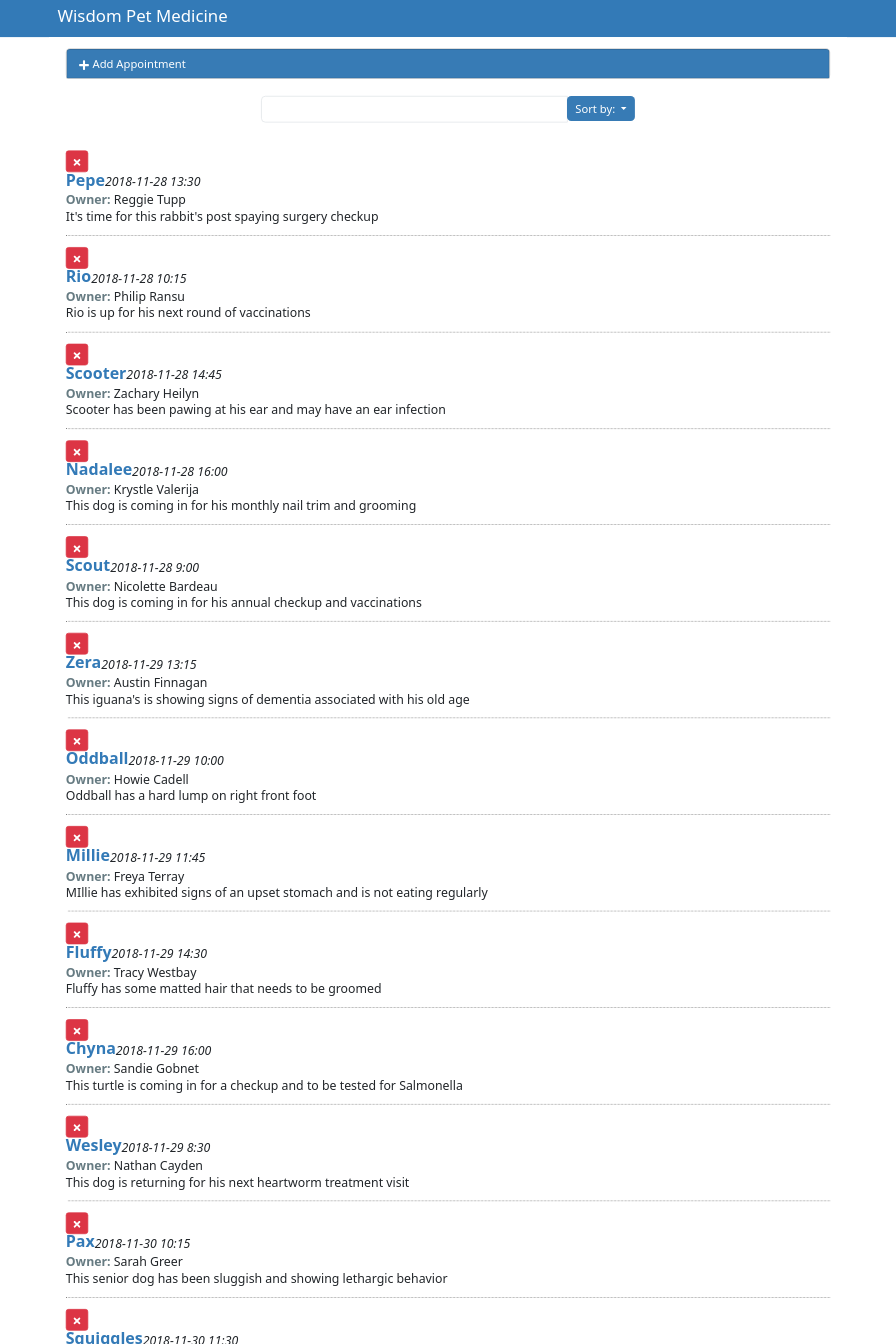
Repository: DevLuDaley/reactinterface
Page: /
The author's editor kept a copy of each file at every save. The page is drawn from the files as they stood at one save, then again after a run of saves.
The browser window is 1280 px wide. The pictures show the part of the page from y = 0 to 1920 px (the page is 3716 px tall), at 70% of full size.
The project was rebuilt for these pictures with package versions that can differ from the ones it lists, and the page was loaded fresh each time.

Above is the page before, as saved 2021-02-04 19:47:29.

After the next 2 saves:
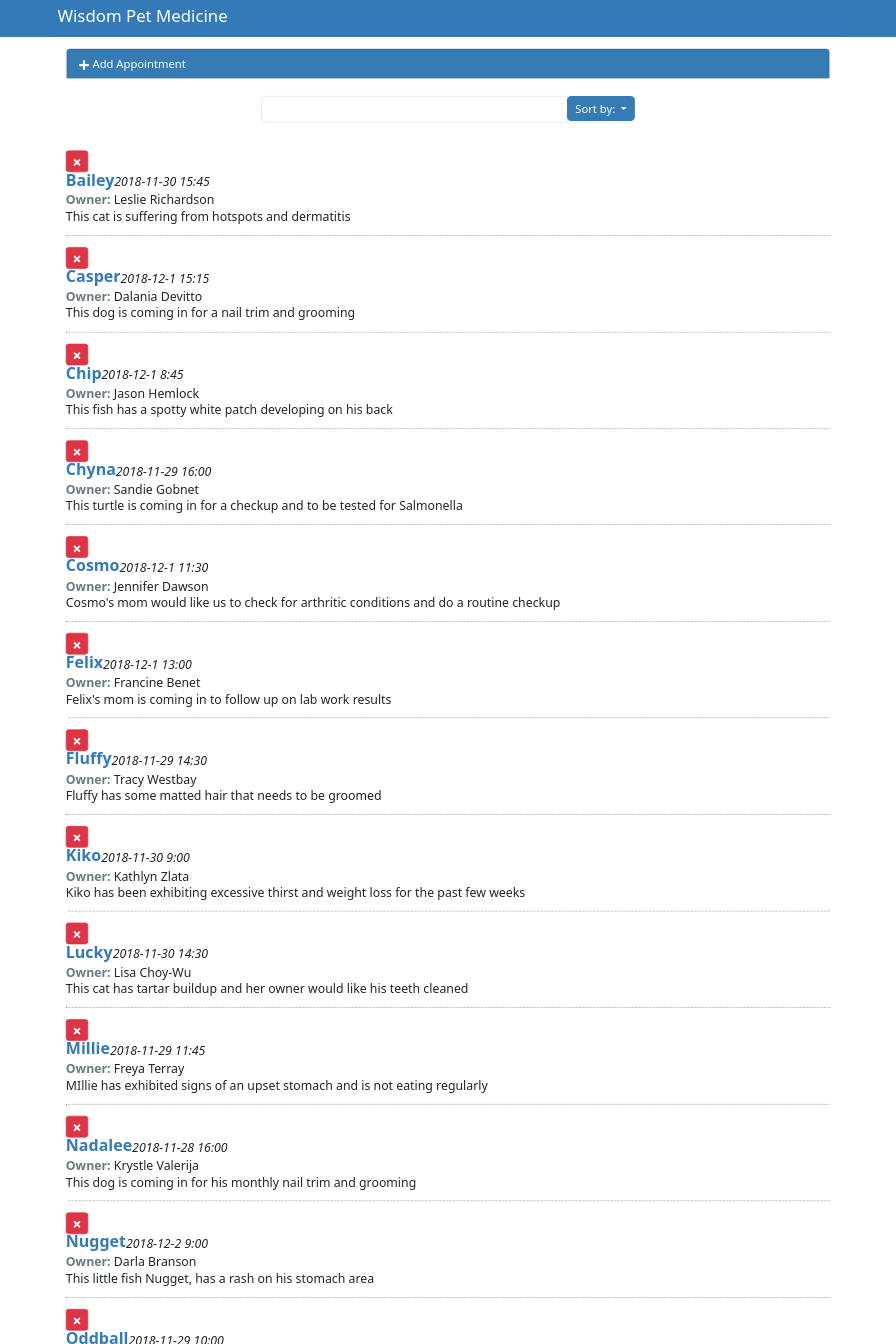
The 2 saves are shown as one change because 1 did not build or start.
The last was saved 111 s later.
--- a/src/components/App.js
+++ b/src/components/App.js
@@ -13,6 +13,8 @@ class App extends Component {
     this.state = {
       myAppointments: [],
       formDisplay: false,
+      orderBy: 'petName',
+      orderDir: 'asc',
       lastIndex: 0
     };
     this.deleteAppointment = this.deleteAppointment.bind(this);
@@ -61,6 +63,25 @@ class App extends Component {
   }
 
   render() {
+    let order;
+    let filteredApts = this.state.myAppointments;
+    if (this.state.orderDir === 'asc') {
+      order = 1;
+    } else {
+      order = -1;
+    }
+
+    filteredApts.sort((a, b) => {
+      if (
+        a[this.state.orderBy].toLowerCase() <
+        b[this.state.orderBy].toLowerCase()
+      ) {
+        return -1 * order;
+      } else {
+        return 1 * order;
+      }
+    });
+
     return (
       <main className="page bg-white" id="petratings">
         <div className="container">
@@ -74,7 +95,7 @@ class App extends Component {
                 />
                 <SearchAppointments />
                 <ListAppointments
-                  appointments={this.state.myAppointments}
+                  appointments={filteredApts}
                   deleteAppointment={this.deleteAppointment}
                 />
               </div>
